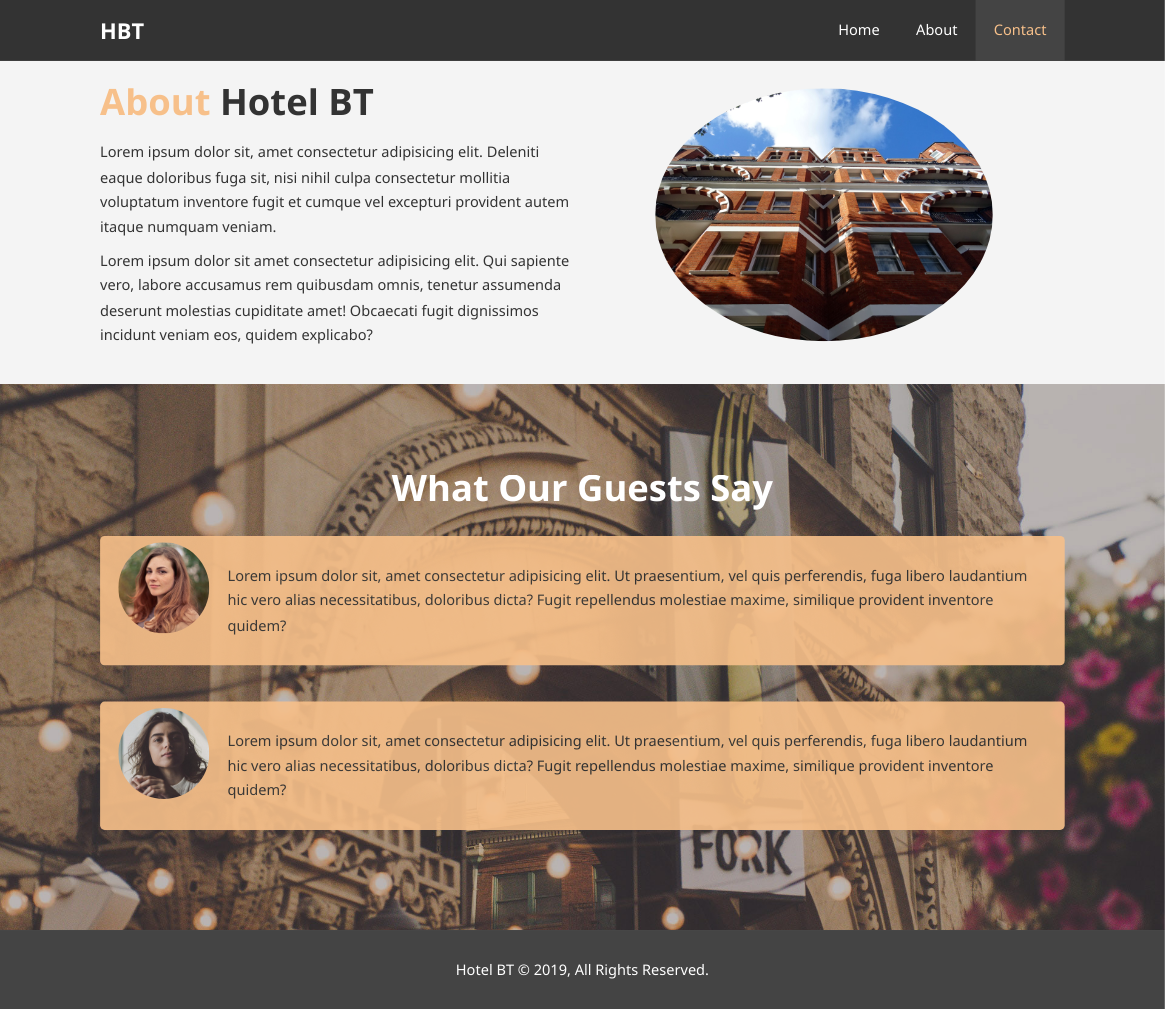
Repository: minhtien9/hotel-website
Page: contact.html
The author's editor kept a copy of each file at every save. The page is drawn from the files as they stood at one save, then again after the next save.
The browser window is 1280 px wide. The pictures show the whole page, at 91% of full size.

Above is the page before, as saved 2021-08-14 18:48:00.

### contact.html
<!DOCTYPE html>
<html lang="en">

<head>
    <meta charset="UTF-8" />
    <meta http-equiv="X-UA-Compatible" content="IE=edge" />
    <meta name="viewport" content="width=device-width, initial-scale=1.0" />
    <meta name="description" content="Welcome to the most extraordinary hotel in Boston Massachusetts" />
    <meta name="keywords" content="hotel, boston hotel, new england hotel" />

    <link rel="stylesheet" href="css/style.css" />
    <title>Hotel BT | Contact</title>
</head>

<body>
    <header>
        <nav id="navbar">
            <div class="container">
                <h1 class="logo">
                    <a href="index.html"></a> HBT</h1>
                <ul>
                    <li><a href="index.html">Home</a></li>
                    <li><a href="about.html">About</a></li>
                    <li><a class="current" href="contact.html">Contact</a></li>
                </ul>
            </div>
        </nav>
    </header>
    <section id="about-info" class="bg-light py-3">
        <div class="container">
            <div class="info-left">
                <h1 class="l-heading">
                    <span class="text-primary">About</span> Hotel BT
                </h1>
                <p>
                    Lorem ipsum dolor sit, amet consectetur adipisicing elit. Deleniti eaque doloribus fuga sit, nisi nihil culpa consectetur mollitia voluptatum inventore fugit et cumque vel excepturi provident autem itaque numquam veniam.
                </p>
                <p>
                    Lorem ipsum dolor sit amet consectetur adipisicing elit. Qui sapiente vero, labore accusamus rem quibusdam omnis, tenetur assumenda deserunt molestias cupiditate amet! Obcaecati fugit dignissimos incidunt veniam eos, quidem explicabo?
                </p>
            </div>
            <div class="info-right">
                <img src="./img/photo-2.jpg" alt="hotel" />
            </div>
        </div>
    </section>
    <div class="clr"></div>
    <section id="testimonials" class="py-3">
        <div class="container">
            <h2 class="l-heading">What Our Guests Say</h2>
            <div class="testimonial bg-primary">
                <img src="./img/person-1.jpg" alt="Samantha" />
                <p>
                    Lorem ipsum dolor sit, amet consectetur adipisicing elit. Ut praesentium, vel quis perferendis, fuga libero laudantium hic vero alias necessitatibus, doloribus dicta? Fugit repellendus molestiae maxime, similique provident inventore quidem?
                </p>
            </div>
            <div class="testimonial bg-primary">
                <img src="./img/person-2.jpg" alt="Jen" />
                <p>
                    Lorem ipsum dolor sit, amet consectetur adipisicing elit. Ut praesentium, vel quis perferendis, fuga libero laudantium hic vero alias necessitatibus, doloribus dicta? Fugit repellendus molestiae maxime, similique provident inventore quidem?
                </p>
            </div>
        </div>
    </section>
    <footer id="main-footer">
        <p>Hotel BT &copy; 2019, All Rights Reserved.</p>
    </footer>
</body>

</html>

### css/style.css
/* Reset */

* {
    margin: 0;
    padding: 0;
    box-sizing: border-box;
}


/* Main Styling */

html,
body {
    font-family: 'Segoe UI', Tahoma, Geneva, Verdana, sans-serif;
    line-height: 1.7em;
}

a {
    color: #333;
    text-decoration: none;
}

h1,
h2,
h3 {
    padding-bottom: 20px;
}

p {
    margin: 10px 0;
}


/* Utility Classes */

.container {
    margin: auto;
    max-width: 1100px;
    overflow: auto;
    padding: 0 20px;
}

.text-primary {
    color: #f7c08a;
}

.lead {
    font-size: 20px;
}

.btn {
    display: inline-block;
    font-size: 18px;
    color: #fff;
    background: #333;
    padding: 13px 20px;
    border: none;
    cursor: pointer;
}

.btn:hover {
    background: #f7c08a;
    color: #333;
}

.btn-light {
    background: #f4f4f4;
    color: #333;
}

.bg-dark {
    background: #333;
    color: #fff;
}

.bg-light {
    background: #f4f4f4;
    color: #333;
}

.bg-primary {
    background: #f7c08a;
    color: #333;
}

.clr {
    clear: both;
}

.l-heading {
    font-size: 40px;
}


/* Padding */

.py-1 {
    padding: 10px 0;
}

.py-2 {
    padding: 20px 0;
}

.py-3 {
    padding: 30px 0;
}


/* Navbar */

#navbar {
    background: #333;
    color: #fff;
    overflow: auto;
}

#navbar a {
    color: #fff;
}

#navbar h1 {
    float: left;
    padding-top: 20px;
}

#navbar ul {
    list-style: none;
    float: right;
}

#navbar ul li {
    float: left;
}

#navbar ul li a {
    display: block;
    padding: 20px;
    text-align: center;
}

#navbar ul li a:hover,
#navbar ul li a.current {
    background: #444;
    color: #f7c08a;
}


/* Show case */

#showcase {
    background: url('../img/showcase.jpg') no-repeat center center/cover;
    height: 600px;
}

#showcase .showcase-content {
    color: #fff;
    text-align: center;
    padding-top: 170px;
}

#showcase .showcase-content h1 {
    font-size: 60px;
    line-height: 1.2em;
}

#showcase .showcase-content p {
    padding: bottom 20px;
    line-height: 1.7em;
}


/* Home info */

#home-info {
    height: 400px;
}

#home-info .info-img {
    float: left;
    width: 50%;
    background: url('../img/photo-1.jpg') no-repeat;
    min-height: 100%;
}

#home-info .info-content {
    float: right;
    width: 50%;
    height: 100%;
    text-align: center;
    padding: 50px 30px;
    overflow: hidden;
}

#home-info .info-content p {
    padding-bottom: 30px;
}


/* Features */

.box {
    float: left;
    width: 33.3%;
    padding: 50px;
    text-align: center;
}

.box i {
    margin-bottom: 10px;
}


/* About */

#about-info .info-right {
    float: right;
    width: 50%;
    min-height: 100%;
}

#about-info .info-right img {
    display: block;
    margin: auto;
    width: 70%;
    border-radius: 50%;
}

#about-info .info-left {
    float: left;
    width: 50%;
    min-height: 100%;
}


/* Testimonials */

#testimonials {
    height: 600px;
    background: url('../img/test-bg.jpg') no-repeat center center/cover;
    padding-top: 100px;
}

#testimonials h2 {
    color: #fff;
    text-align: center;
    padding-bottom: 40px;
}

#testimonials .testimonial {
    padding: 20px;
    margin-bottom: 40px;
    border-radius: 5px;
    opacity: 0.9;
}

#testimonials .testimonial img {
    width: 100px;
    float: left;
    margin: -13px 20px 0 0;
    border-radius: 50%;
}


/* Footer */

#main-footer {
    text-align: center;
    background: #444;
    color: #fff;
    padding: 20px;
}

After the next save:
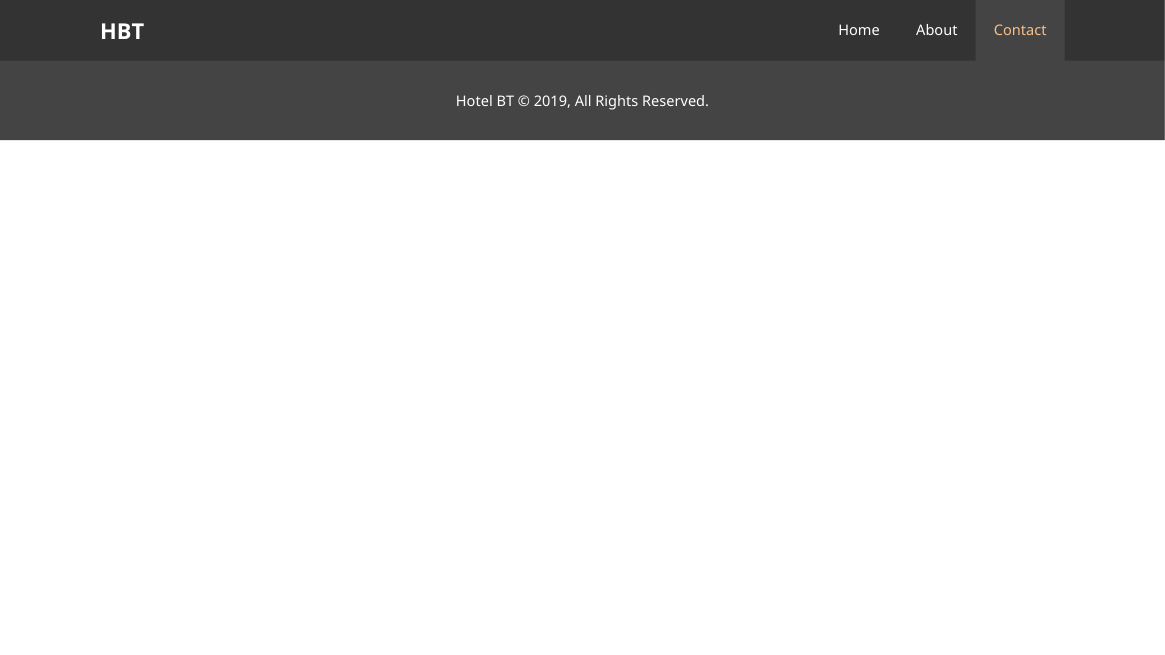
Saved 37 s later.
--- a/contact.html
+++ b/contact.html
@@ -26,42 +26,7 @@
             </div>
         </nav>
     </header>
-    <section id="about-info" class="bg-light py-3">
-        <div class="container">
-            <div class="info-left">
-                <h1 class="l-heading">
-                    <span class="text-primary">About</span> Hotel BT
-                </h1>
-                <p>
-                    Lorem ipsum dolor sit, amet consectetur adipisicing elit. Deleniti eaque doloribus fuga sit, nisi nihil culpa consectetur mollitia voluptatum inventore fugit et cumque vel excepturi provident autem itaque numquam veniam.
-                </p>
-                <p>
-                    Lorem ipsum dolor sit amet consectetur adipisicing elit. Qui sapiente vero, labore accusamus rem quibusdam omnis, tenetur assumenda deserunt molestias cupiditate amet! Obcaecati fugit dignissimos incidunt veniam eos, quidem explicabo?
-                </p>
-            </div>
-            <div class="info-right">
-                <img src="./img/photo-2.jpg" alt="hotel" />
-            </div>
-        </div>
-    </section>
-    <div class="clr"></div>
-    <section id="testimonials" class="py-3">
-        <div class="container">
-            <h2 class="l-heading">What Our Guests Say</h2>
-            <div class="testimonial bg-primary">
-                <img src="./img/person-1.jpg" alt="Samantha" />
-                <p>
-                    Lorem ipsum dolor sit, amet consectetur adipisicing elit. Ut praesentium, vel quis perferendis, fuga libero laudantium hic vero alias necessitatibus, doloribus dicta? Fugit repellendus molestiae maxime, similique provident inventore quidem?
-                </p>
-            </div>
-            <div class="testimonial bg-primary">
-                <img src="./img/person-2.jpg" alt="Jen" />
-                <p>
-                    Lorem ipsum dolor sit, amet consectetur adipisicing elit. Ut praesentium, vel quis perferendis, fuga libero laudantium hic vero alias necessitatibus, doloribus dicta? Fugit repellendus molestiae maxime, similique provident inventore quidem?
-                </p>
-            </div>
-        </div>
-    </section>
+
     <footer id="main-footer">
         <p>Hotel BT &copy; 2019, All Rights Reserved.</p>
     </footer>
